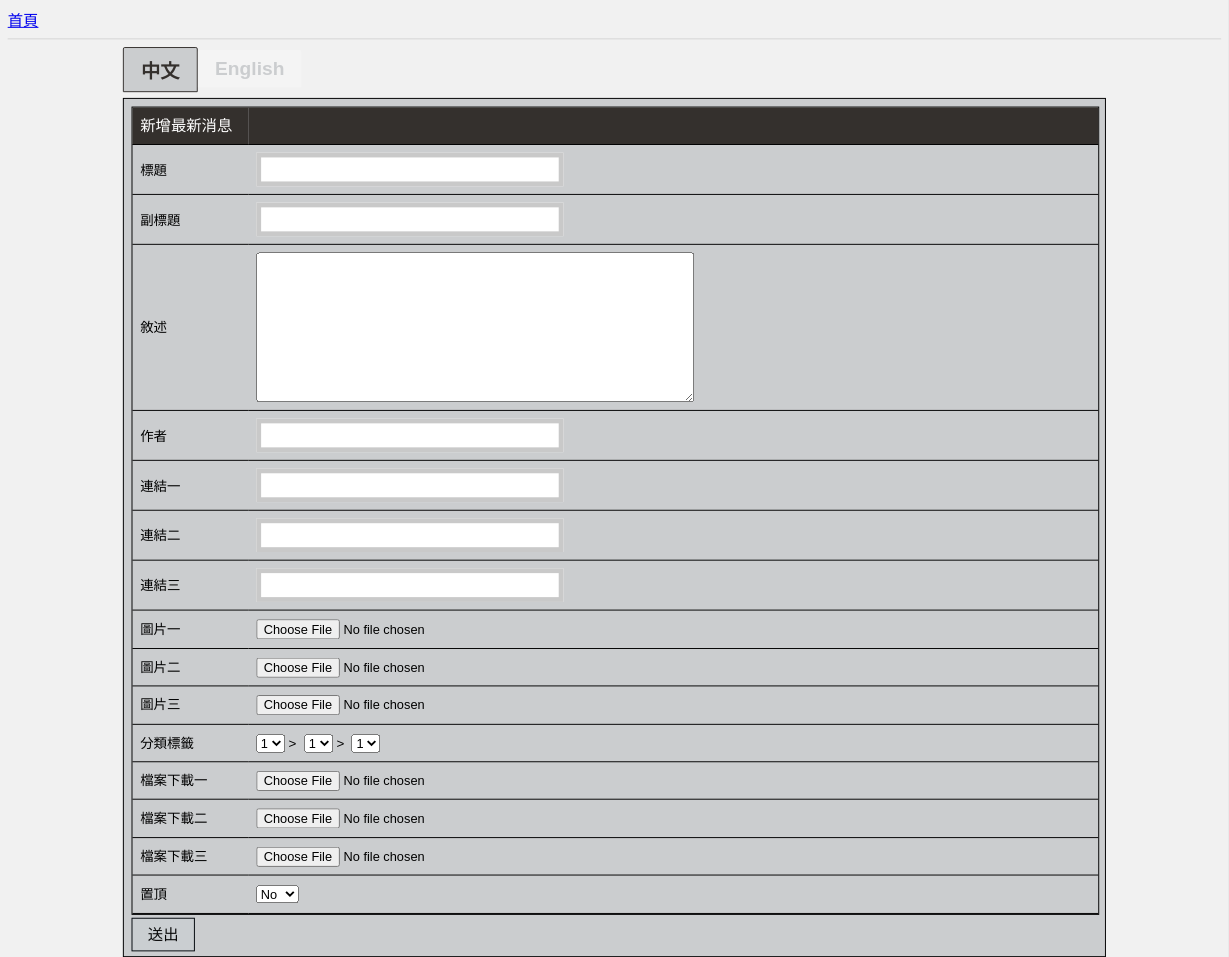
Repository: Naokiyuy/DigitalHum
Page: http://localhost/digital/backend/hotnews/hotnews-add.jsp
An editor plug-in stored every save of this project. The page is shown before and after the next save, followed by the edit.
The browser window is 1280 px wide. The pictures show the whole page, at 96% of full size.
Some web libraries are served in a nearby version. The page is served by Tomcat 9.

Above is the page before, as saved 2015-03-11 19:50:38.

After the next save:
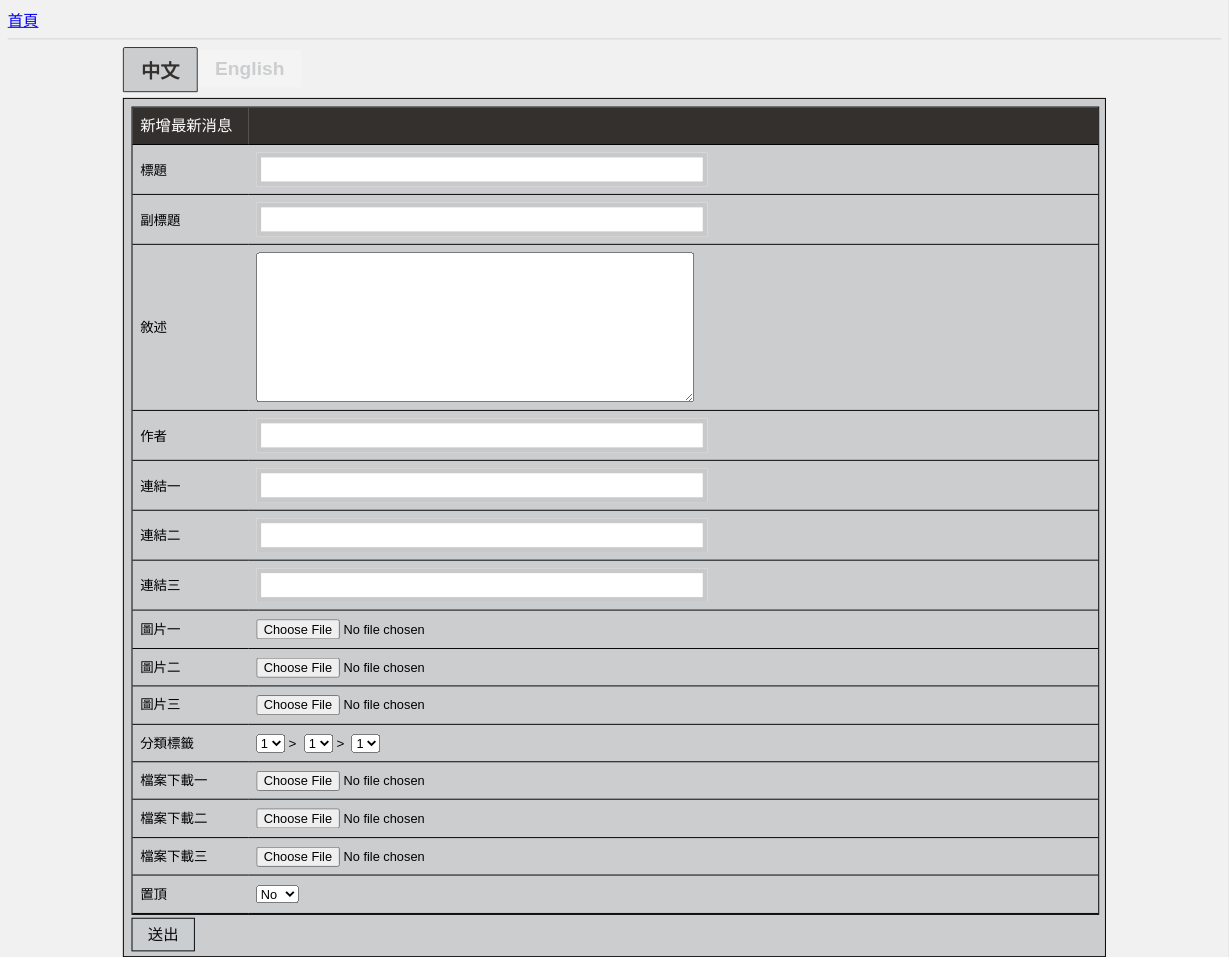
Saved 11 s later.
--- a/digital/src/main/webapp/backend/css/hotnews/add.css
+++ b/digital/src/main/webapp/backend/css/hotnews/add.css
@@ -149,7 +149,7 @@ input[type="text"] {
   padding: 5px;
   border: solid 5px #c9c9c9;
   transition: border 0.3s;
-  width:300px;
+  width:450px;
 }
 input[type="text"]:focus{
   border: solid 5px #969696;
